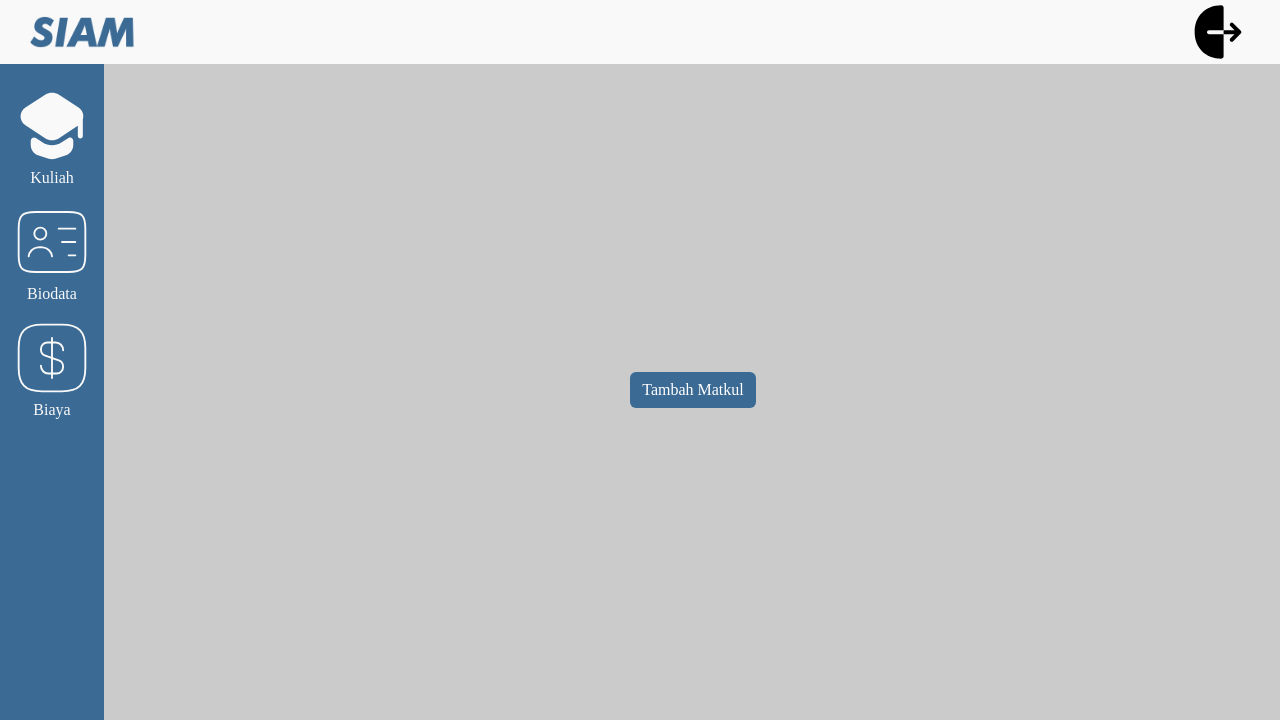
Repository: haikalirf/Project-IMK
Page: krs.html
An editor plug-in stored every save of this project. The page is shown before and after the next save, followed by the edit.
The browser window is 1280 px wide. The pictures show the whole page.
Some web fonts or font styles are not loaded; a fallback is used.

Above is the page before, as saved 2022-12-16 19:05:18.
Not found: scripts/.js

After the next save:
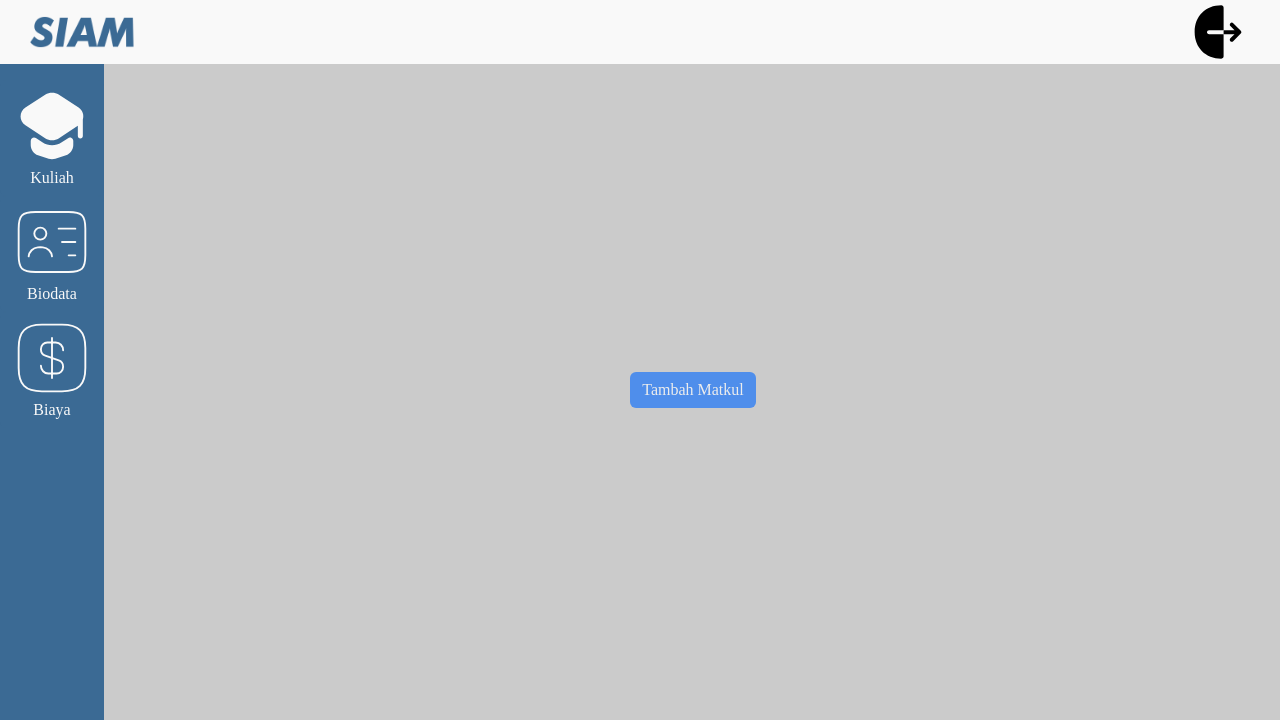
Saved 44 s later.
--- a/krs.html
+++ b/krs.html
@@ -35,7 +35,7 @@
 		</a>
 	</div>
 	<main>
-		<button type="button" class="btn btn-primary button">Tambah Matkul</button>
+		<button type="button" class="btn btn-primary button disabled">Tambah Matkul</button>
 	</main>
 	<script src="https://cdn.jsdelivr.net/npm/bootstrap@5.2.3/dist/js/bootstrap.bundle.min.js" integrity="sha384-kenU1KFdBIe4zVF0s0G1M5b4hcpxyD9F7jL+jjXkk+Q2h455rYXK/7HAuoJl+0I4" crossorigin="anonymous"></script>
 	<script src="/scripts/.js"></script>
